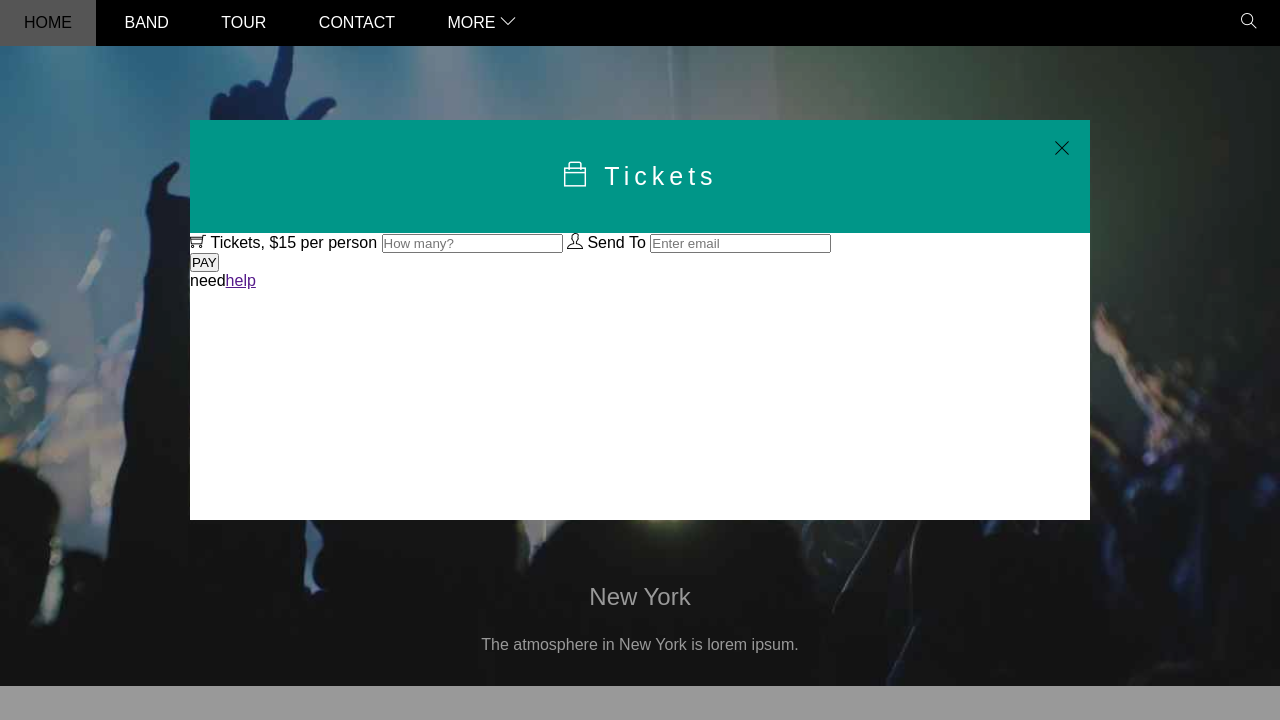
Repository: tung1233hhhhhhhhhhhhh/Website
Page: w3_band/index.html
These files come from the project's save history. The page is drawn as it stood at one moment and after the next save; the edit follows.
The browser window is 1280 px wide. The pictures show the window.
The pointer rests on the first visible `.modal .modal-container .modal-close`.
A layer covers the whole window, so only the first screen is drawn.

Above is the page before, as saved 2023-02-18 21:30:15.

After the next save:
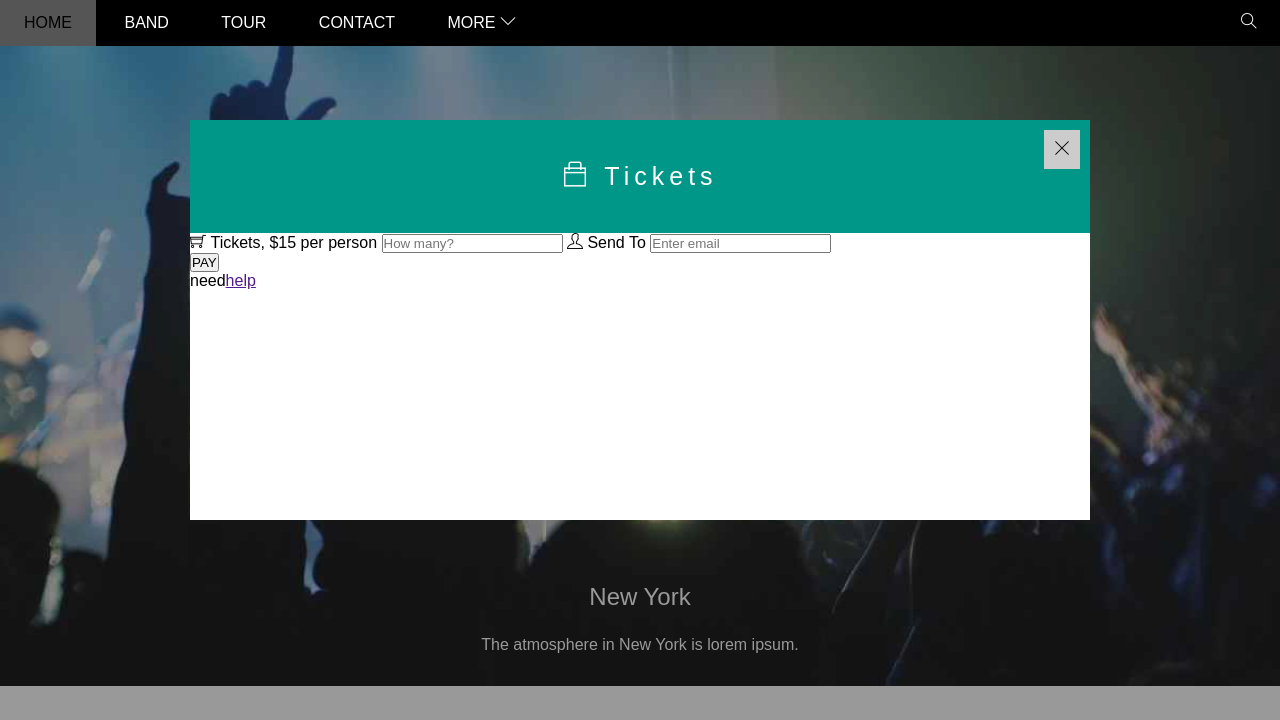
Saved 52 s later.
--- a/w3_band/assets/css/style.css
+++ b/w3_band/assets/css/style.css
@@ -401,6 +401,12 @@
     margin-top: 10px;
 }
 
+.modal .modal-container .modal-close:hover {
+    cursor: pointer;
+    background-color: #ccc;
+    color: black;
+}
+
 .modal header {
     width: 900px;
     padding: 42px 16px;
